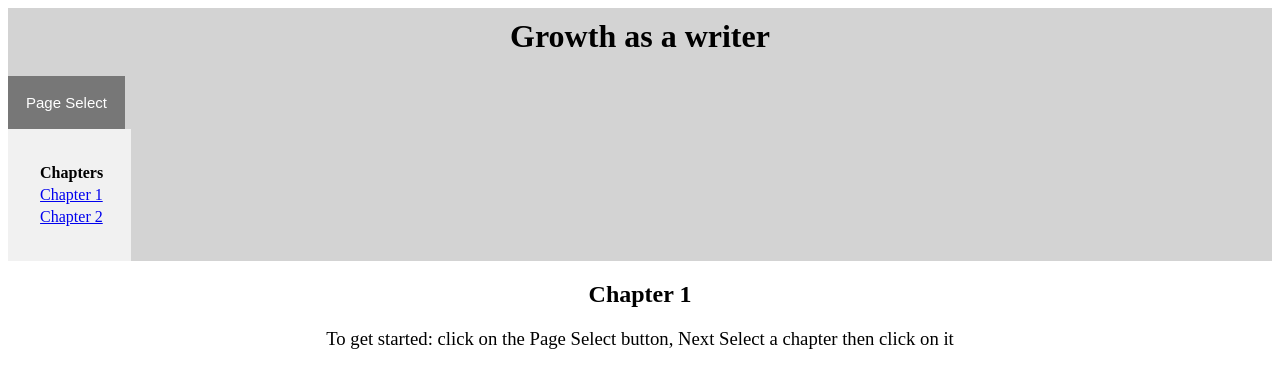
Repository: jpaisiem/WP-4
Page: Chapter1.html
The author's editor kept a copy of each file at every save. The page is drawn from the files as they stood at one save, then again after a run of saves.
The browser window is 1280 px wide. The pictures show the whole page.

Above is the page before, as saved 2025-04-29 12:39:38.
Console error: TypeError: Cannot read properties of undefined (reading 'toggle')

After the next 2 saves:
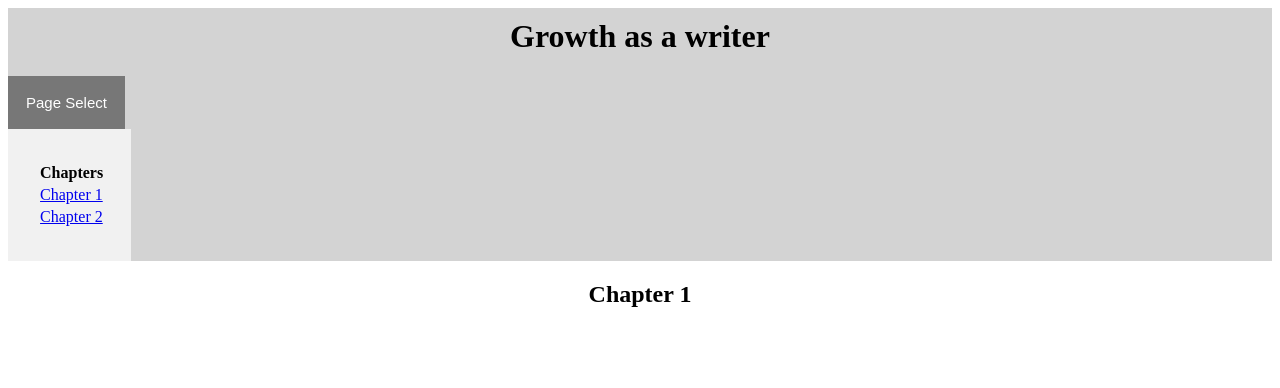
The 2 saves are shown as one change because they came seconds apart.
The last was saved 8 s later.
--- a/Chapter1.html
+++ b/Chapter1.html
@@ -51,7 +51,7 @@
     </div>
 <div style="text-align: center;">
      <h2 style="text-align: center;">Chapter 1</h2>
-     <h3 style="font-size: 36; font-weight: normal;">To get started: click on the Page Select button, Next Select a chapter then click on it</h3>
+     <p></p>
 </div>
 <script>
 var coll = document.getElementsByClassName("collapsible");
